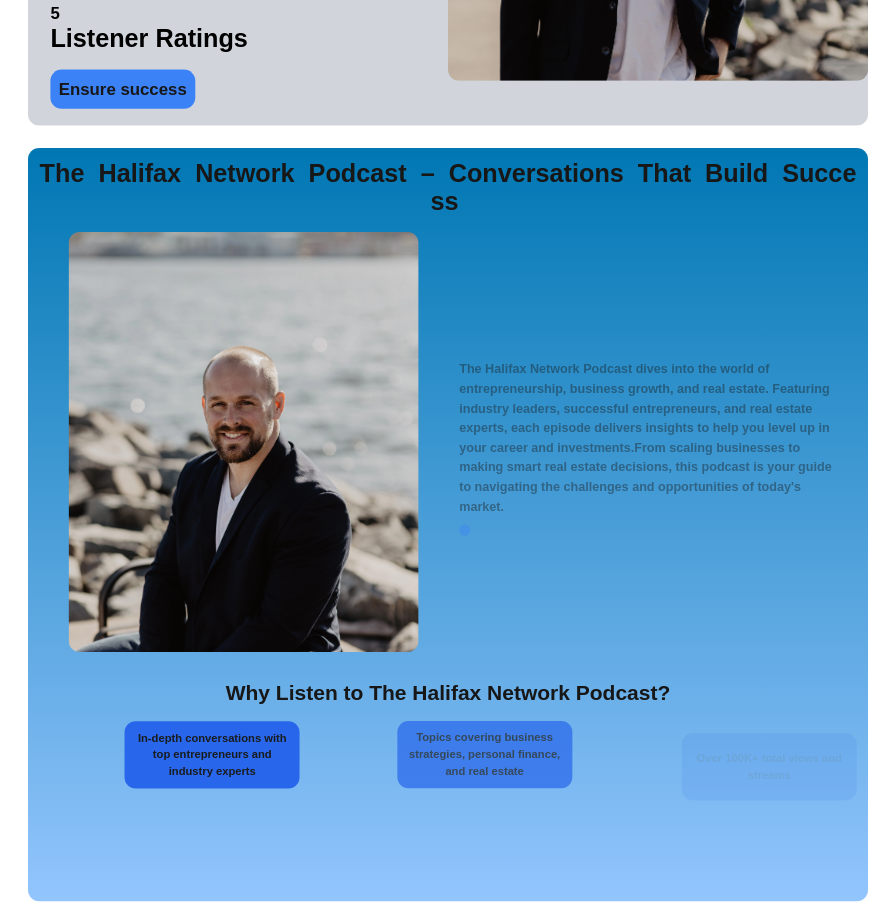
Repository: TMuse333/Chris-crowell
Page: /podcast (app in frontend/)
The author's editor kept a copy of each file at every save. The page is drawn from the files as they stood at one save, then again after a run of saves.
The browser window is 1280 px wide. The pictures show the part of the page from y = 1048 to 2968 px (the page is 2368 px tall before and 2968 px after), at 70% of full size.
The project was rebuilt for these pictures with package versions that can differ from the ones it lists, and the page was loaded fresh each time. The framework's server and built-in components were replaced by stand-ins that run in the browser. Also part of the build but not shown: frontend/next.config.ts.

Above is the page before, as saved 2025-02-15 21:13:13.

After the next 4 saves:
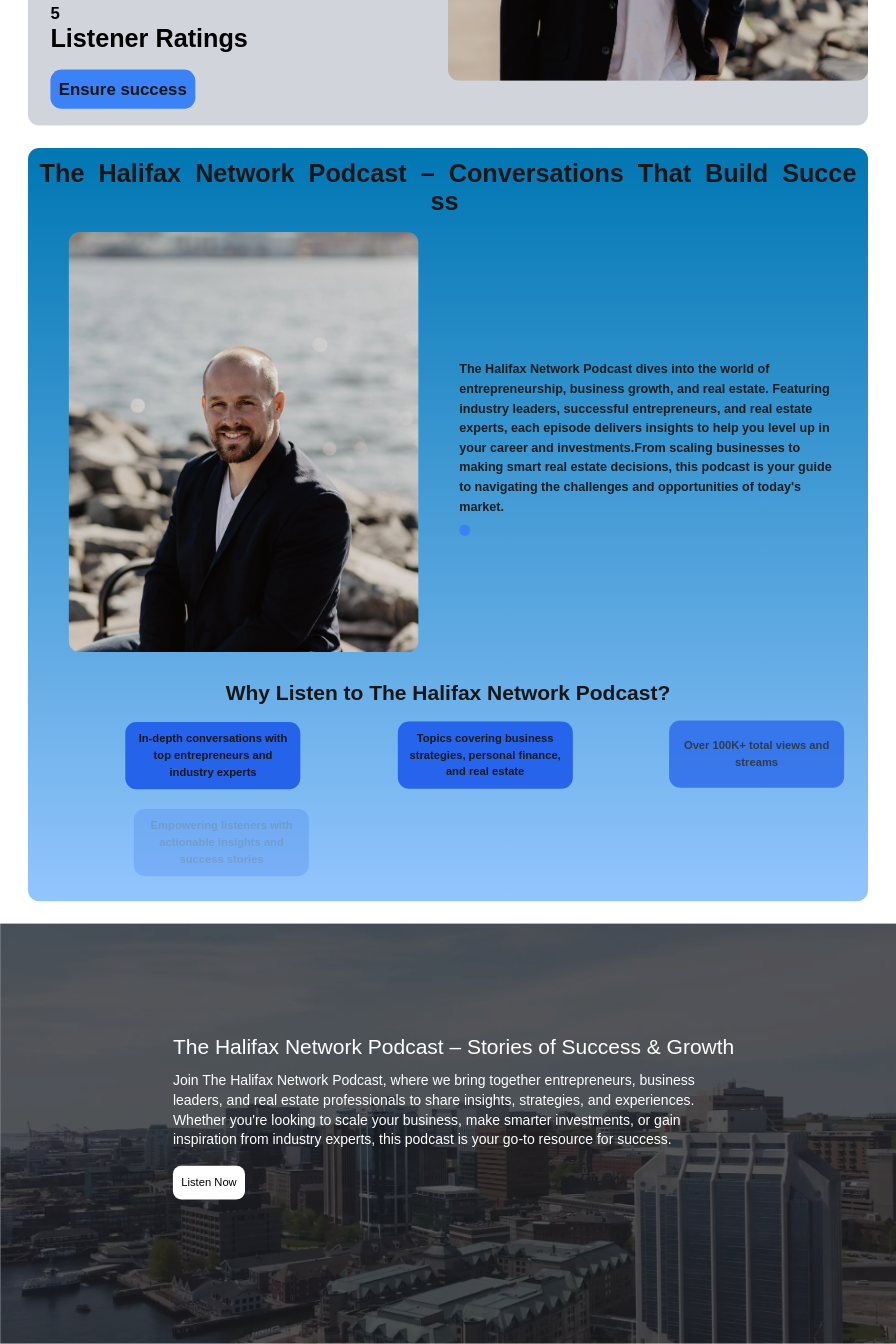
The 4 saves are shown as one change because they came seconds apart.
The last was saved 18 s later.
--- a/frontend/src/pageComponents/podcastPage.tsx
+++ b/frontend/src/pageComponents/podcastPage.tsx
@@ -1,9 +1,10 @@
 "use client"
 
+import BgText from "@/components/contentPieces/bgText/bgText";
 import CountUpImageText from "@/components/contentPieces/countUpImageText/countUpImageText";
 import ExperienceCard from "@/components/contentPieces/experienceCard/experienceCard";
 import ServiceHerobanner from "@/components/herobanners/serviceHerobanner/serviceHerobanner";
-import { podcastCountup, podcastExperienceCard, podcastHerobanner } from "@/data/podcastData";
+import { podcastCountup, podcastExperienceCard, podcastHerobanner, podcastText } from "@/data/podcastData";
 import React from "react";
 
 
@@ -24,6 +25,10 @@ const PodcastPage = () => {
             {...podcastExperienceCard}
             buttonText=""
             />
+
+            <BgText
+            {...podcastText}
+            />
         </main>
     )
 }
